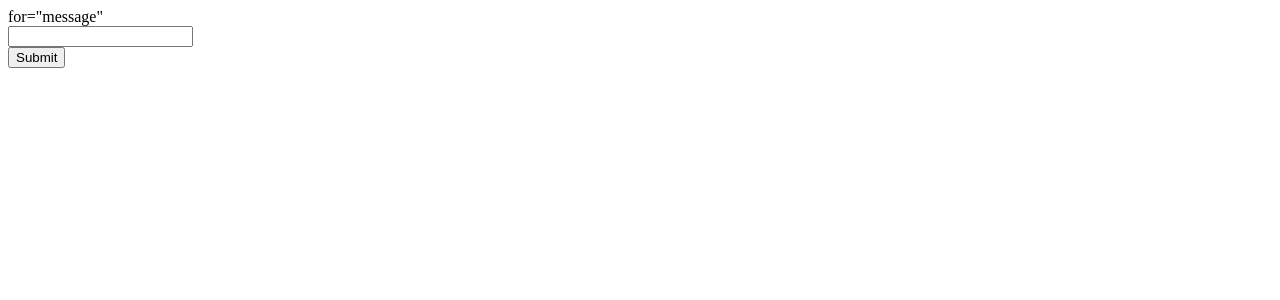
Repository: kua23/springboot
Page: amazon/amazon/src/main/resources/index.html
The author's editor kept a copy of each file at every save. The page is drawn from the files as they stood at one save, then again after the next save.
The browser window is 1280 px wide. The pictures show the whole page.

Above is the page before, as saved 2025-04-14 00:39:47.

After the next save:
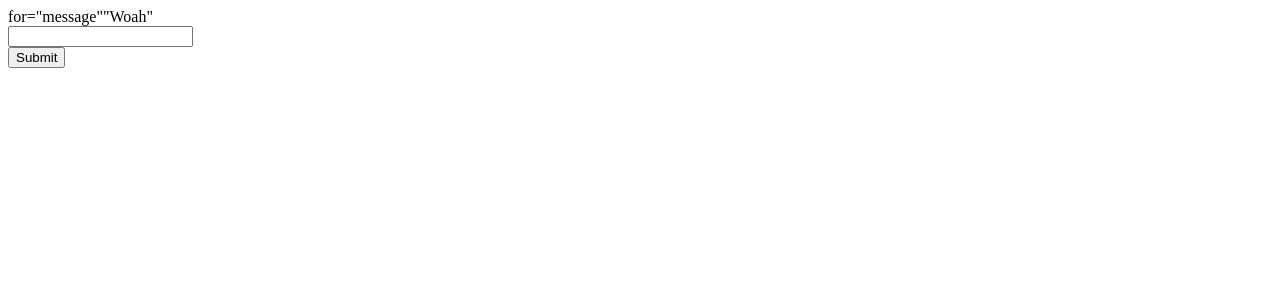
Saved 10 s later.
--- a/amazon/amazon/src/main/resources/index.html
+++ b/amazon/amazon/src/main/resources/index.html
@@ -6,7 +6,7 @@
 </head>
 <body>
 <form action="/customers" method = "POST">
-	<label>for="message"</label><br>
+	<label>for="message""Woah"</label><br>
 	<input type="text" id="" name=""><br>
 	<button type="Submit">Submit</button>
 </form>
